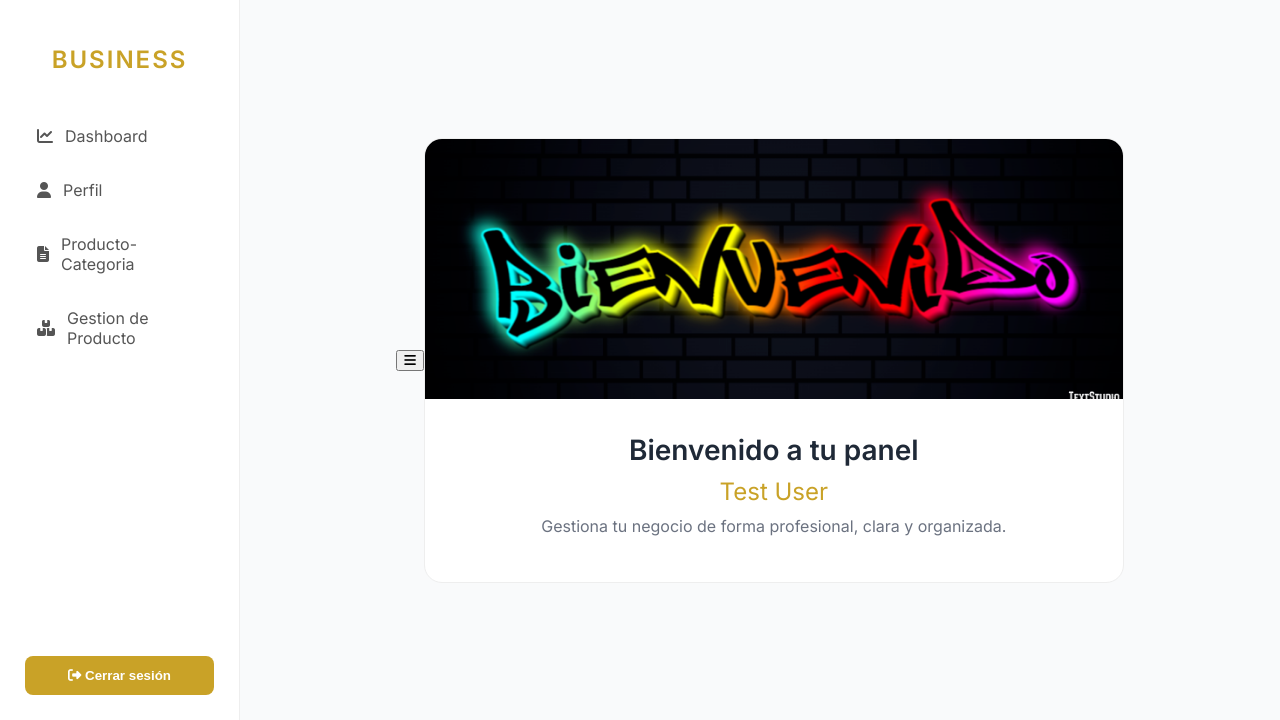
Repository: BrianCarringtom/menuqr
Page: resources/views/business/dashboard.blade.php
These files come from the project's save history. The page is drawn as it stood at one moment and after the next save; the edit follows.
The browser window is 1280 px wide. The pictures show the whole page.
The page is served by the project's Laravel application, run on PHP 8.4 with Laravel 12. A made-up administrator, Test User (test@example.com), is signed in. Other server files are loaded and not shown. The template is opened directly, without the code that normally fills it, so the values that code supplies are empty.

Above is the page before, as saved 2026-03-24 14:52:00.

### routes/web.php
<?php

use Illuminate\Support\Facades\Route;
use Illuminate\Support\Facades\Auth;
use App\Models\User;
use Illuminate\Http\Request;
use Illuminate\Support\Str;
use App\Models\Category;
use App\Models\Product;

// Página pública
Route::get('/', function () {
    return view('welcome');
});

// 🔥 REDIRECCIÓN INTELIGENTE (CLAVE)
Route::get('/dashboard', function () {

    if (!Auth::check()) {
        return redirect('/login');
    }

    if (Auth::user()->role === 'admin') {
        return redirect('/admin');
    }

    return redirect('/business');
})->middleware('auth');


// PANEL ADMIN
// Dashboard
Route::get('/admin', function () {

    if (Auth::user()->role !== 'admin') {
        abort(403);
    }

    return view('admin.dashboard');
})->middleware('auth');


// Usuarios
Route::get('/admin/users', function () {

    if (Auth::user()->role !== 'admin') {
        abort(403);
    }

    $users = User::all();

    return view('admin.users', compact('users'));
})->middleware('auth');

// CREAR USUARIOS (solo admin)
Route::post('/admin/create-user', function (Request $request) {

    if (Auth::user()->role !== 'admin') {
        abort(403);
    }

    // Generar slug único
    $slugBase = Str::slug($request->name); // Convierte "Fonda Maricela" → "fonda-maricela"
    $slug = $slugBase;
    $counter = 1;

    while (User::where('slug', $slug)->exists()) {
        $slug = $slugBase . '-' . $counter++;
    }

    User::create([
        'name' => $request->name,
        'email' => $request->email,
        'password' => bcrypt($request->password),
        'role' => 'business',
        'slug' => $slug, // <-- importante
    ]);

    return back()->with('success', 'Usuario creado con slug: ' . $slug);
})->middleware('auth');

// EDITAR (mostrar datos)
Route::get('/admin/users/{id}/edit', function ($id) {
    if (Auth::user()->role !== 'admin') {
        abort(403);
    }

    $user = User::findOrFail($id);
    return view('admin.edit-user', compact('user'));
})->middleware('auth')->name('users.edit');


// ACTUALIZAR
Route::put('/admin/users/{id}', function (Request $request, $id) {
    if (Auth::user()->role !== 'admin') {
        abort(403);
    }

    $user = User::findOrFail($id);

    $user->update([
        'name' => $request->name,
        'email' => $request->email,
        'role' => $request->role,
    ]);

    return redirect('/admin/users')->with('success', 'Usuario actualizado correctamente');
})->middleware('auth')->name('users.update');


// ELIMINAR
Route::delete('/admin/users/{id}', function ($id) {
    if (Auth::user()->role !== 'admin') {
        abort(403);
    }

    $user = User::findOrFail($id);
    $user->delete();

    return back()->with('success', 'Usuario eliminado correctamente');
})->middleware('auth')->name('users.destroy');

Route::put('/admin/users/{id}/toggle', function ($id) {

    $user = User::findOrFail($id);

    // 🔥 lo invierte solo (true → false, false → true)
    $user->is_active = !$user->is_active;
    $user->save();

    return back();
})->name('users.toggle')->middleware('auth');


// PANEL BUSINESS
Route::get('/business', function () {

    if (Auth::user()->role !== 'business') {
        abort(403);
    }

    return view('business.dashboard');
})->middleware('auth');

Route::get('/business/profile', function () {

    if (Auth::user()->role !== 'business') {
        abort(403);
    }

    return view('business.profile');
})->middleware('auth');

Route::get('/business/producto', function () {

    if (Auth::user()->role !== 'business') {
        abort(403);
    }

    return view('business.producto');
})->middleware('auth');

Route::post('/business/profile/image', function (Request $request) {

    if (!Auth::check()) {
        abort(403);
    }

    $request->validate([
        'image' => 'required|image|mimes:jpg,jpeg,png|max:2048'
    ]);

    /** @var \App\Models\User $user */
    $user = Auth::user();

    if ($request->hasFile('image')) {

        $path = $request->file('image')->store('profiles', 'public');

        $user->image = $path;
        $user->save(); // 🔥 ya no marca error visual
    }

    return back()->with('success', 'Imagen actualizada');
})->middleware('auth');

Route::get('/business/gestion', function () {

    if (Auth::user()->role !== 'business') {
        abort(403);
    }

    return view('business.gestion'); // o cambia también la vista si quieres
})->middleware('auth');

// GUARDAR CATEGORIA
Route::post('/business/category', function (Request $request) {

    if (!Auth::check()) {
        abort(403);
    }

    $request->validate([
        'category' => 'required|string|max:255'
    ]);

    Category::create([
        'name' => $request->category,
        'user_id' => Auth::id() // 🔥 FIX AQUÍ
    ]);

    return back()->with('success', 'Categoría creada');
})->middleware('auth');

Route::delete('/business/category/{id}', function ($id) {

    $category = Category::where('id', $id)
        ->where('user_id', Auth::id())
        ->firstOrFail();

    $category->delete();

    return back()->with('success', 'Categoría eliminada');
})->middleware('auth')->name('categories.destroy');

Route::get('/business/category/edit/{id}', function ($id) {

    $category = Category::where('id', $id)
        ->where('user_id', Auth::id())
        ->firstOrFail();

    return view('edit-category', compact('category'));
})->middleware('auth')->name('categories.edit');

Route::put('/business/category/{id}', function (Request $request, $id) {

    $request->validate([
        'name' => 'required|string|max:255'
    ]);

    $category = Category::where('id', $id)
        ->where('user_id', Auth::id())
        ->firstOrFail();

    $category->update([
        'name' => $request->name
    ]);

    return redirect('/business/gestion')->with('success', 'Categoría actualizada');
})->middleware('auth')->name('categories.update');

// GUARDAR PRODUCTO
Route::post('/business/product', function (Request $request) {

    if (!Auth::check()) {
        abort(403);
    }

    $request->validate([
        'name' => 'required|string|max:255',
        'price' => 'required|numeric',
        'description' => 'required|string',
        'category' => 'required|exists:categories,id'
    ]);

    Product::create([
        'name' => $request->name,
        'price' => $request->price,
        'description' => $request->description,
        'category_id' => $request->category,
        'user_id' => Auth::id() // 🔥 FIX AQUÍ
    ]);

    return back()->with('success', 'Producto agregado');
})->middleware('auth');

Route::delete('/business/product/{id}', function ($id) {

    $product = Product::where('id', $id)
        ->where('user_id', Auth::id())
        ->firstOrFail();

    $product->delete();

    return back()->with('success', 'Producto eliminado');
})->middleware('auth')->name('products.destroy');

Route::get('/business/product/edit/{id}', function ($id) {

    $product = Product::where('id', $id)
        ->where('user_id', Auth::id())
        ->firstOrFail();

    $categories = Category::where('user_id', Auth::id())->get();

    return view('edit-product', compact('product', 'categories'));
})->middleware('auth')->name('products.edit');

Route::put('/business/product/{id}', function (Request $request, $id) {

    $request->validate([
        'name' => 'required',
        'price' => 'required|numeric',
        'description' => 'required',
        'category' => 'required|exists:categories,id'
    ]);

    $product = Product::where('id', $id)
        ->where('user_id', Auth::id())
        ->firstOrFail();

    $product->update([
        'name' => $request->name,
        'price' => $request->price,
        'description' => $request->description,
        'category_id' => $request->category
    ]);

    return redirect('/business/gestion')->with('success', 'Producto actualizado');
})->middleware('auth')->name('products.update');

// 🔥 PERFIL PÚBLICO POR SLUG (SIEMPRE AL FINAL)
Route::get('/{slug}', function ($slug) {

    $user = User::where('slug', $slug)
        ->with('categories.products')
        ->firstOrFail();

    // 🚫 BLOQUEAR ACCESO AL SLUG
    if (!$user->is_active) {
        abort(403, 'Este perfil está bloqueado');
    }

    return view('business.show', compact('user'));
})->where('slug', '^(?!admin|business|login|register|dashboard|api|logout).*$');

// 🔥 IMPORTANTE
require __DIR__ . '/auth.php';

### routes/auth.php
<?php

use App\Http\Controllers\Auth\AuthenticatedSessionController;
use App\Http\Controllers\Auth\ConfirmablePasswordController;
use App\Http\Controllers\Auth\EmailVerificationNotificationController;
use App\Http\Controllers\Auth\EmailVerificationPromptController;
use App\Http\Controllers\Auth\NewPasswordController;
use App\Http\Controllers\Auth\PasswordController;
use App\Http\Controllers\Auth\PasswordResetLinkController;
use App\Http\Controllers\Auth\RegisteredUserController;
use App\Http\Controllers\Auth\VerifyEmailController;
use Illuminate\Support\Facades\Route;
use Illuminate\Support\Facades\Auth;
use Illuminate\Http\Request;

/*
|--------------------------------------------------------------------------
| RUTAS SOLO PARA INVITADOS (NO LOGUEADOS)
|--------------------------------------------------------------------------
*/

Route::middleware('guest')->group(function () {

    Route::get('login', [AuthenticatedSessionController::class, 'create'])
        ->name('login');

    Route::post('login', [AuthenticatedSessionController::class, 'store']);

    Route::get('forgot-password', [PasswordResetLinkController::class, 'create'])
        ->name('password.request');

    Route::post('forgot-password', [PasswordResetLinkController::class, 'store'])
        ->name('password.email');

    Route::get('reset-password/{token}', [NewPasswordController::class, 'create'])
        ->name('password.reset');

    Route::post('reset-password', [NewPasswordController::class, 'store'])
        ->name('password.store');
});

/*
|--------------------------------------------------------------------------
| RUTAS PARA USUARIOS AUTENTICADOS
|--------------------------------------------------------------------------
*/
Route::middleware('auth')->group(function () {

    /*
    |--------------------------------------------------------------------------
    | 🔥 REGISTER SOLO ADMIN
    |--------------------------------------------------------------------------
    */
    Route::get('register', function () {
        if (Auth::user()->role !== 'admin') {
            abort(403);
        }

        return app(RegisteredUserController::class)->create();
    })->name('register');

    Route::post('register', function (Request $request) {
        if (Auth::user()->role !== 'admin') {
            abort(403);
        }

        return app(RegisteredUserController::class)->store($request);
    });

    /*
    |--------------------------------------------------------------------------
    | RESTO DE RUTAS
    |--------------------------------------------------------------------------
    */
    Route::get('verify-email', EmailVerificationPromptController::class)
        ->name('verification.notice');

    Route::get('verify-email/{id}/{hash}', VerifyEmailController::class)
        ->middleware(['signed', 'throttle:6,1'])
        ->name('verification.verify');

    Route::post('email/verification-notification', [EmailVerificationNotificationController::class, 'store'])
        ->middleware('throttle:6,1')
        ->name('verification.send');

    Route::get('confirm-password', [ConfirmablePasswordController::class, 'show'])
        ->name('password.confirm');

    Route::post('confirm-password', [ConfirmablePasswordController::class, 'store']);

    Route::put('password', [PasswordController::class, 'update'])
        ->name('password.update');

    Route::post('logout', [AuthenticatedSessionController::class, 'destroy'])
        ->name('logout');
});

### app/Models/User.php
<?php

namespace App\Models;

use Database\Factories\UserFactory;
use Illuminate\Database\Eloquent\Factories\HasFactory;
use Illuminate\Foundation\Auth\User as Authenticatable;
use Illuminate\Notifications\Notifiable;

class User extends Authenticatable
{
    /** @use HasFactory<UserFactory> */
    use HasFactory, Notifiable;

    /**
     * The attributes that are mass assignable.
     *
     * @var list<string>
     */
    protected $fillable = [
        'name',
        'email',
        'password',
        'role',   // <-- agregar
        'slug',   // <-- agregar
    ];

    /**
     * The attributes that should be hidden for serialization.
     *
     * @var list<string>
     */
    protected $hidden = [
        'password',
        'remember_token',
    ];

    public function categories()
    {
        return $this->hasMany(Category::class);
    }

    public function products()
    {
        return $this->hasMany(Product::class);
    }
    /**
     * Get the attributes that should be cast.
     *
     * @return array<string, string>
     */
    protected function casts(): array
    {
        return [
            'email_verified_at' => 'datetime',
            'password' => 'hashed',
        ];
    }
}

### resources/views/business/dashboard.blade.php
<!DOCTYPE html>
<html lang="es">

<head>
    <meta charset="UTF-8">
    <title>Business Dashboard</title>

    <!-- Fuente -->
    <link href="https://fonts.googleapis.com/css2?family=Inter:wght@300;400;600&display=swap" rel="stylesheet">

    <!-- Iconos -->
    <link rel="stylesheet" href="https://cdnjs.cloudflare.com/ajax/libs/font-awesome/6.4.2/css/all.min.css">

    <style>
        * {
            box-sizing: border-box;
        }

        body {
            margin: 0;
            font-family: 'Inter', sans-serif;
            background: #f9fafb;
            color: #1f2937;
        }

        .container {
            display: flex;
            height: 100vh;
        }

        /* SIDEBAR */
        .sidebar {
            width: 240px;
            background: white;
            border-right: 1px solid #eee;
            padding: 25px;
            display: flex;
            flex-direction: column;
            justify-content: space-between;
        }

        .sidebar h2 {
            text-align: center;
            color: #c9a227;
            font-weight: 600;
            letter-spacing: 2px;
        }

        .menu {
            margin-top: 40px;
        }

        .menu a {
            display: flex;
            align-items: center;
            gap: 12px;
            padding: 12px;
            margin-bottom: 10px;
            border-radius: 8px;
            text-decoration: none;
            color: #555;
            transition: 0.25s;
        }

        .menu a:hover {
            background: #fef9e7;
            color: #c9a227;
        }

        .logout-btn {
            background: #c9a227;
            border: none;
            padding: 12px;
            border-radius: 8px;
            color: white;
            font-weight: 600;
            cursor: pointer;
        }

        .logout-btn:hover {
            background: #a8831f;
        }

        /* MAIN */
        .main {
            flex: 1;
            display: flex;
            align-items: center;
            justify-content: center;
            padding: 40px;
        }

        /* WELCOME */
        .welcome-box {
            background: white;
            border-radius: 18px;
            overflow: hidden;
            max-width: 700px;
            width: 100%;
            border: 1px solid #eee;
            text-align: center;
        }

        .welcome-box img {
            width: 100%;
            height: 260px;
            object-fit: cover;
        }

        .welcome-content {
            padding: 30px;
        }

        .welcome-content h1 {
            margin: 0;
            font-size: 28px;
            color: #1f2937;
        }

        .welcome-content h2 {
            margin: 10px 0;
            color: #c9a227;
            font-weight: 500;
        }

        .welcome-content p {
            color: #6b7280;
            margin-top: 10px;
        }
    </style>
</head>

<body>

    <div class="container">

        <!-- SIDEBAR -->
        <div class="sidebar">
            <div>
                <h2>BUSINESS</h2>

                <div class="menu">
                    <a href="/business"><i class="fas fa-chart-line"></i> Dashboard</a>
                    <a href="/business/profile"><i class="fas fa-user"></i> Perfil</a>
                    <a href="/business/producto"><i class="fas fa-file-alt"></i> Producto-Categoria</a>
                    <a href="/business/gestion"><i class="fas fa-boxes"></i> Gestion de Producto</a>
                </div>
            </div>

            <form id="logout-form" action="{{ route('logout') }}" method="POST" style="display: none;">
                @csrf
            </form>

            <button class="logout-btn"
                onclick="event.preventDefault(); document.getElementById('logout-form').submit();">
                <i class="fas fa-sign-out-alt"></i> Cerrar sesión
            </button>
        </div>

        <!-- MAIN -->
        <div class="main">
            <button class="menu-toggle" onclick="toggleMenu()">
                <i class="fas fa-bars"></i>
            </button>

            <div class="welcome-box">
                <img src="/images/bienvenido.png" alt="Negocio">

                <div class="welcome-content">
                    <h1>Bienvenido a tu panel</h1>
                    <h2>{{ auth()->user()->name }}</h2>
                    <p>Gestiona tu negocio de forma profesional, clara y organizada.</p>
                </div>
            </div>

        </div>

    </div>

</body>

</html>

Loaded but not shown: app/Http/Controllers/Auth/EmailVerificationPromptController.php (common file); app/Http/Controllers/Controller.php (common file); app/Http/Controllers/Auth/VerifyEmailController.php (common file)

After the next save:
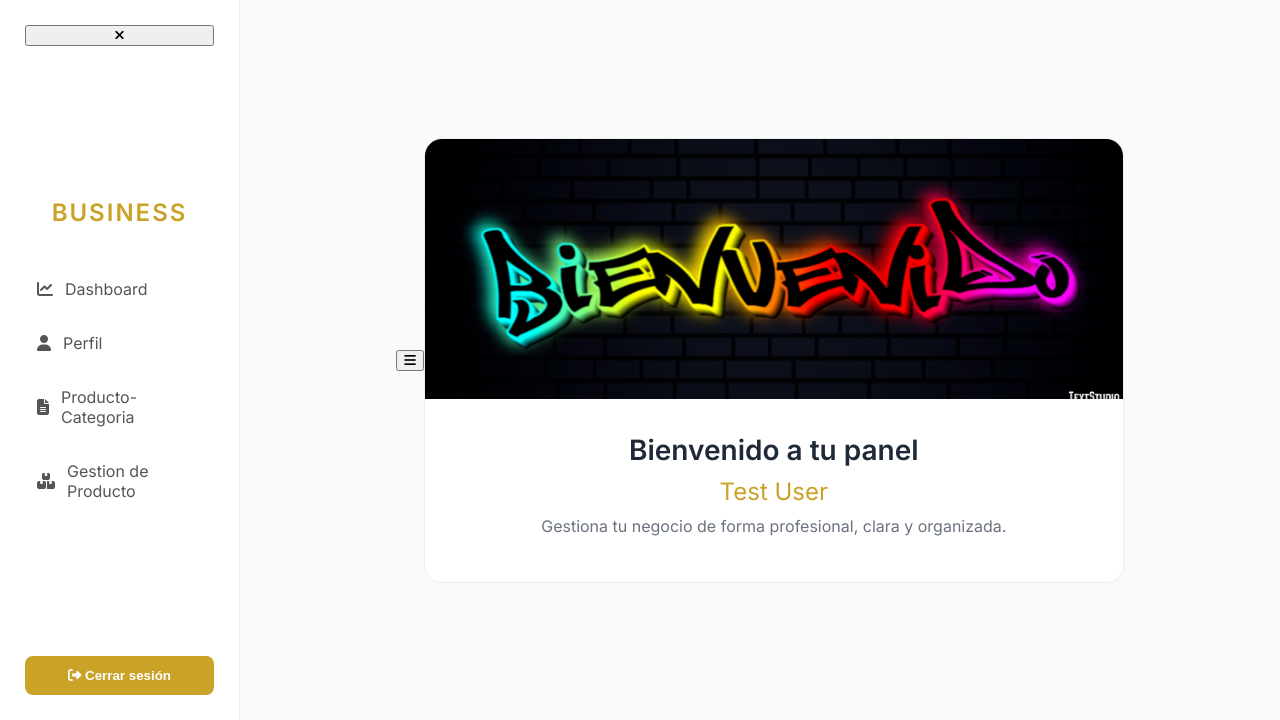
Saved 8 s later.
--- a/resources/views/business/dashboard.blade.php
+++ b/resources/views/business/dashboard.blade.php
@@ -136,6 +136,11 @@
 
         <!-- SIDEBAR -->
         <div class="sidebar">
+
+            <button class="close-menu" onclick="toggleMenu()">
+                <i class="fas fa-times"></i>
+            </button>
+
             <div>
                 <h2>BUSINESS</h2>
 
